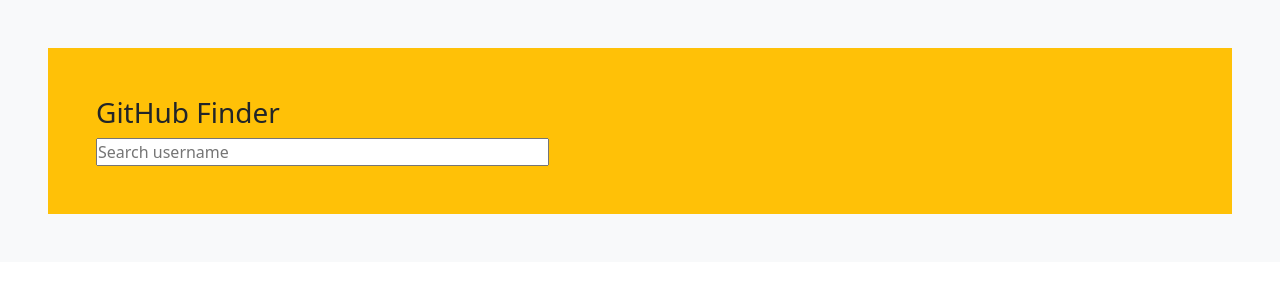
Repository: just-mann/github-finder.github.io
Page: index.html
These files come from the project's save history. The page is drawn as it stood at one moment and after a run of saves; the edit follows.
The browser window is 1280 px wide. The pictures show the whole page.
Some web libraries are served in a nearby version.

Above is the page before, as saved 2021-04-18 01:01:26.

After the next 7 saves:
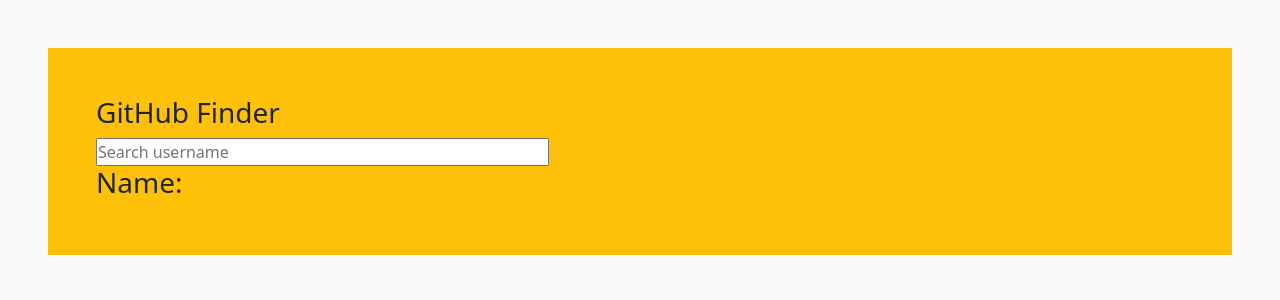
The 7 saves are shown as one change because they came seconds apart.
The last was saved 19 s later.
--- a/index.html
+++ b/index.html
@@ -15,7 +15,9 @@
         <div class="bg-warning p-5">
             <h3>GitHub Finder</h3>
             <input class='col-md-5' type="text" placeholder="Search username" id="searchUser" />
-            <div id="profile"></div>
+            <div id="profile">
+                <h3>Name: </h3>
+            </div>
         </div>
     </div>
     <script src="./script.js"></script>
